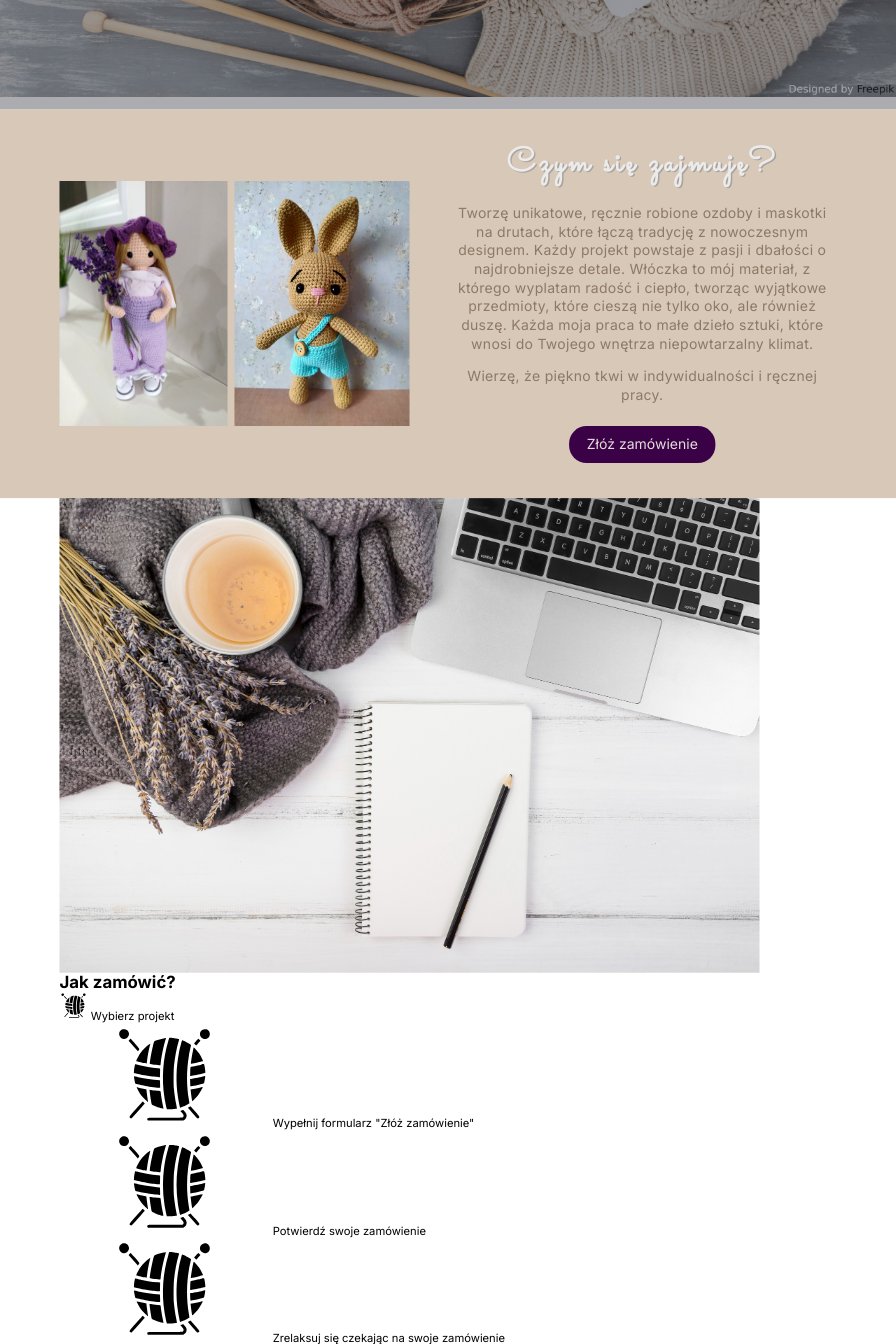
Repository: KlaudiaK0205/Craftoszet
Page: index.html
These files come from the project's save history. The page is drawn as it stood at one moment and after a run of saves; the edit follows.
The browser window is 1280 px wide. The pictures show the part of the page from y = 872 to 2792 px (the page is 2792 px tall before and 2462 px after), at 70% of full size.
Some web libraries are served in a nearby version. The style sheet was rebuilt from its Sass, Less or Tailwind sources for each picture, by a compiler version that may differ from the author's.

Above is the page before, as saved 2024-10-06 13:39:10.

### index.html
<!DOCTYPE html>
<html lang="en">
<head>
    <meta charset="UTF-8">
    <meta name="viewport" content="width=device-width, initial-scale=1.0">
    <title>Craftoszet</title>
    <!-- FAVICON -->
    <link rel="icon" href="./images/favicon.ico" type="image/x-icon">
    <link rel="icon" siezes="16x16" href="./images/favicon-16x16.png" type="image/png">
    <link rel="icon" siezes="32x32" href="./images/favicon-32x32.png" type="image/png">
    <!-- GOOGLE FONTS -->
    <link rel="preconnect" href="https://fonts.googleapis.com">
    <link rel="preconnect" href="https://fonts.gstatic.com" crossorigin>
    <link href="https://fonts.googleapis.com/css2?family=Inter:ital,opsz,wght@0,14..32,100..900;1,14..32,100..900&family=Sacramento&display=swap" rel="stylesheet">
    <!-- MODERN NORMALIZE -->
    <link rel="stylesheet" href="https://cdn.jsdelivr.net/npm/modern-normalize@3.0.1/modern-normalize.min.css">
    <!-- ANIMATE-->
    <link rel="stylesheet" href="https://cdnjs.cloudflare.com/ajax/libs/animate.css/4.1.1/animate.min.css"/>
    <!-- STYLES -->
    <link rel="stylesheet" href="./sass/main.css">
</head>
<body>
    <header>
        <div class="container">
            <div class="logo-box">
                <img class="logo-image" src="./images/logo.png" alt="a ball of wool">
            </div>
            <nav class="nav">
                <ul class="nav__list">
                    <li class="nav__list__item">
                        <a href="" class="nav__list__link">Home</a>
                    </li>
                    <li class="nav__list__item">
                        <a href="" class="nav__list__link">Czym się zajmuję?</a>
                    </li>
                    <li class="nav__list__item">
                        <a href="" class="nav__list__link">Jak zamówić?</a>
                    </li>
                    <li class="nav__list__item">
                        <a href="" class="nav__list__link">Moje projekty</a>
                    </li>
                </ul>
            </nav>

            <button class="orderBtn" type="button">Złóż zamówienie</button>
        </div>
    </header>

    <main>
        <section class="hero">
            <div class="container">
                <h1 class="hero__header">CRAFTOSZET</h1>
                <p class="hero__undertitle">Z pasji do włóczki – ręcznie tworzone z sercem</p>
                <button class="orderBtn" type="button">Złóż zamówienie</button>
            </div>
        </section>

        <section class="whatIDo">

            <div class="container">
                    <div class="whatIDo-images">
                        <img class="whatIDo-image" src="./images/projekty/fioletowa lalka.jpg" alt="fioletowa lalka z włóczki">
                        <img class="whatIDo-image" src="./images/projekty/króliczek.jpg" alt="króliczek w niebieskich spodenkach z włóczki">
                </div>
                <div class="whatIDo-description">
                    <h2 class="section-header">Czym się zajmuję?</h2>
                    <p class="section-text">Tworzę unikatowe, ręcznie robione ozdoby i maskotki na drutach, które łączą tradycję z nowoczesnym designem.
                        Każdy projekt powstaje z pasji i dbałości o najdrobniejsze detale.
                        Włóczka to mój materiał, z którego wyplatam radość i ciepło, tworząc wyjątkowe przedmioty, które cieszą nie tylko oko, ale również duszę.
                        Każda moja praca to małe dzieło sztuki, które wnosi do Twojego wnętrza niepowtarzalny klimat.
                        <p class="section-text2">Wierzę, że piękno tkwi w indywidualności i ręcznej pracy.</p>
                    <button class="orderBtn" type="button">Złóż zamówienie</button>
                </div>
            </div>
        </section>
        <section class="howOrder">
            <div class="container">
                <div>
                    <img src="./images/howOrder.jpg" alt="">
                </div>
                <div>
                    <h2>Jak zamówić?</h2>
                    <ul class="howOrder__list">
                        <li class="howOrder__item">
                            <svg class="howOrder-icon">
                                <use href="./images/sprite.svg#icon-wool-ball"></use>
                            </svg>
                            Wybierz projekt
                        </li>
                        <li class="howOrder__item">
                            <svg>
                                <use href="./images/sprite.svg#icon-wool-ball"></use>
                            </svg>
                            Wypełnij formularz "Złóż zamówienie"
                        </li>
                        <li class="howOrder__item">
                            <svg>
                                <use href="./images/sprite.svg#icon-wool-ball"></use>
                            </svg>
                            Potwierdź swoje zamówienie
                        </li>
                        <li class="howOrder__item">
                            <svg>
                                <use href="./images/sprite.svg#icon-wool-ball"></use>
                            </svg>
                            Zrelaksuj się czekając na swoje zamówienie
                        </li>
                    </ul>
                </div>
            </div>
        </section>
    </main>
    <footer></footer>
</body>
</html>

### sass/main.scss
@import './base/common';
@import './base/container';

@import './components/icons';
@import './components/logo';
@import './components/orderBtn';

@import './layout/header';
@import './layout/hero';
@import './layout/howOrder';
@import './layout/whatIDo';

@import './utils/variables';

### sass/base/_common.scss
body {
    font-family: var(--main-font);
    // font-weight: 500;
    margin: 0;
    padding: 0;
}

h1,
h2,
h3,
h4,
h5,
h6 {
    margin: 0;
    padding: 0;
}

ul,
ol,
li {
    margin: 0;
    padding: 0;
    list-style: none;
}

a {
    text-decoration: none;
}

p {
    margin: 0;
    padding: 0;
}

img {
    display: block;
    max-width: 100%;
    height: auto;
}

button {
    cursor: pointer;
}

.list {
    list-style: none;
}

.link {
    text-decoration: none;
}

### sass/base/_container.scss
.container {
    width: 100%;
    max-width: 1200px; /* Maksymalna szerokość dla dużych ekranów */
    margin: 0 auto;
    padding: 0 15px;
}

/* Urządzenia mobilne (do 576px szerokości) */
@media (max-width: 576px) {
    .container {
        max-width: 100%; /* Na małych ekranach szerokość 100% */
        padding: 0 10px;  /* Mniejszy padding na telefonach */
    }
}

/* Tablety (do 768px szerokości) */
@media (max-width: 768px) {
    .container {
        max-width: 720px; /* Dostosowanie dla tabletów */
    }
}

/* Średnie ekrany (do 992px szerokości) */
@media (max-width: 992px) {
    .container {
        max-width: 960px; /* Dostosowanie dla większych tabletów i mniejszych laptopów */
    }
}

/* Duże ekrany (od 1200px szerokości) */
@media (min-width: 1200px) {
    .container {
        max-width: 1140px; /* Ustawienia dla monitorów */
    }
}

### sass/components/_icons.scss
.howOrder-icon {
    width: 40px;
    height: 40px;
}

### sass/components/_logo.scss
.logo-image {
    width: 150px;
    height: 100px;
    animation: wobble-hor-bottom 10s infinite both;
}

//animations
@keyframes wobble-hor-bottom {
    0%,
    100% {
        transform: translateX(0%);
        transform-origin: 50% 50%;
    }
    15% {
        transform: translateX(-30px) rotate(-6deg);
    }
    30% {
        transform: translateX(15px) rotate(6deg);
    }
    45% {
        transform: translateX(-15px) rotate(-3.6deg);
    }
    60% {
        transform: translateX(9px) rotate(2.4deg);
    }
    75% {
        transform: translateX(-6px) rotate(-1.2deg);
    }
}

### sass/components/_orderBtn.scss
.orderBtn {
    font-size: 20px;
    color: var(--mainColor);
    background-color: var(--brandColor);
    border: none;
    border-radius: 25px;
    margin-left: auto;
    padding: 15px 25px;

    &:hover,
    :focus {
        animation: scale-up-center 0.5s cubic-bezier(0.390, 0.575, 0.565, 1.000) both;
    }
}

//animations
@keyframes scale-up-center {
    0% {
        transform: scale(1);
    }
    100% {
        transform: scale(1.2);
    }
}

### sass/layout/_header.scss
header {
    background-color: var(--bgColor);
    padding: 20px 0;
}

header .container {
    display: flex;
    align-items: center;
}

.logo-box {
    margin-right: 70px;
}

.nav__list {
    display: flex;
}

.nav__list__item {
    font-size: 20px;

    &:not(:last-child) {
        margin-right: 1.5vw;
    }
}

.nav__list__link {
    color: var(--textColor);
    transition: cubic-bezier(0.4, 0, 0.2, 1) 500ms;

    &:hover,
    :focus {
        color: var(--brandColor);
    }
}

header .orderBtn {
    margin-left: auto;
}

### sass/layout/_hero.scss
.hero {
    background-image: linear-gradient(
        rgba(47, 48, 58, 0.4),
        rgba(47, 48, 58, 0.4)),
        url(/images/bg.jpg);
    background-repeat: no-repeat;
    background-size: contain;
    background-position: center;
    min-height: 80vh;
    text-align: center;
    padding: 300px 0 250px;
}

.hero__header {
    font-size: 70px;
    font-weight: 800;
    padding-bottom: 40px;
    color: var(--textColor);
    letter-spacing: 0.2em;

}

.hero__undertitle {
    font-family: var(--decorative-font);
    font-size: 56px;
    font-weight: 500;
    color: var(--textColor);
    letter-spacing: 0.1em;
    padding-bottom: 100px;
    text-shadow: 2px 2px var(--textShadow);
}

.hero .orderBtn {
    display: flex;
    margin-left: auto;
    margin-right: auto;
}

### sass/layout/_howOrder.scss
.howOrder {
}

.howOrder .container {

}

.howOrder__list {
}

.howOrder__item {
}

.howOrder-icon {

}

### sass/layout/_whatIDo.scss
.whatIDo {
    background-color: var(--bgColor);
    padding: 50px 0;
}

.whatIDo .container {
    display: grid;
    grid-template-columns: 1fr 1fr;
    grid-template-rows: 2fr;
    grid-template-areas:
    "images whatIDo"
    ". whatIDo";
}
.whatIDo-images {
    display: flex;
    grid-area: images;
    align-items: center;
}

.whatIDo-image {
    width: 250px;
    height: 350px;

    &:not(:last-child) {
        padding-right: 10px;
    }
}

.whatIDo-description {
    grid-area: whatIDo;
    font-size: 20px;
    text-align: center;
}

.section-header {
    font-family: var(--decorative-font);
    font-size: 48px;
    letter-spacing: 0.1em;
    text-shadow: 2px 2px var(--textShadow);
    color: var(--textColor);
    padding-bottom: 30px;
}

.section-text,
.section-text2 {
    letter-spacing: .02em;
    color: var(--sectionTextColor);
    line-height: 1.333;
}

.section-text2 {
    padding-top: 20px;
}

.whatIDo .orderBtn {
    display: flex;
    margin-left: auto;
    margin-right: auto;
    margin-top: 30px;
}

### sass/utils/_variables.scss
:root {
    --main-font: 'Inter' , sans-serif;
    --decorative-font: 'Sacramento', sans-serif;
    --textColor: #ECEBEB;
    --mainColor: #E2DDD9;
    --textShadow: #A8a39d;
    --sectionTextColor: #8D7966;
    --brandColor: #3B0146;
    --bgColor: #D8C8B8;
}

// #A8a39d
//#f8f1e9

After the next 3 saves:
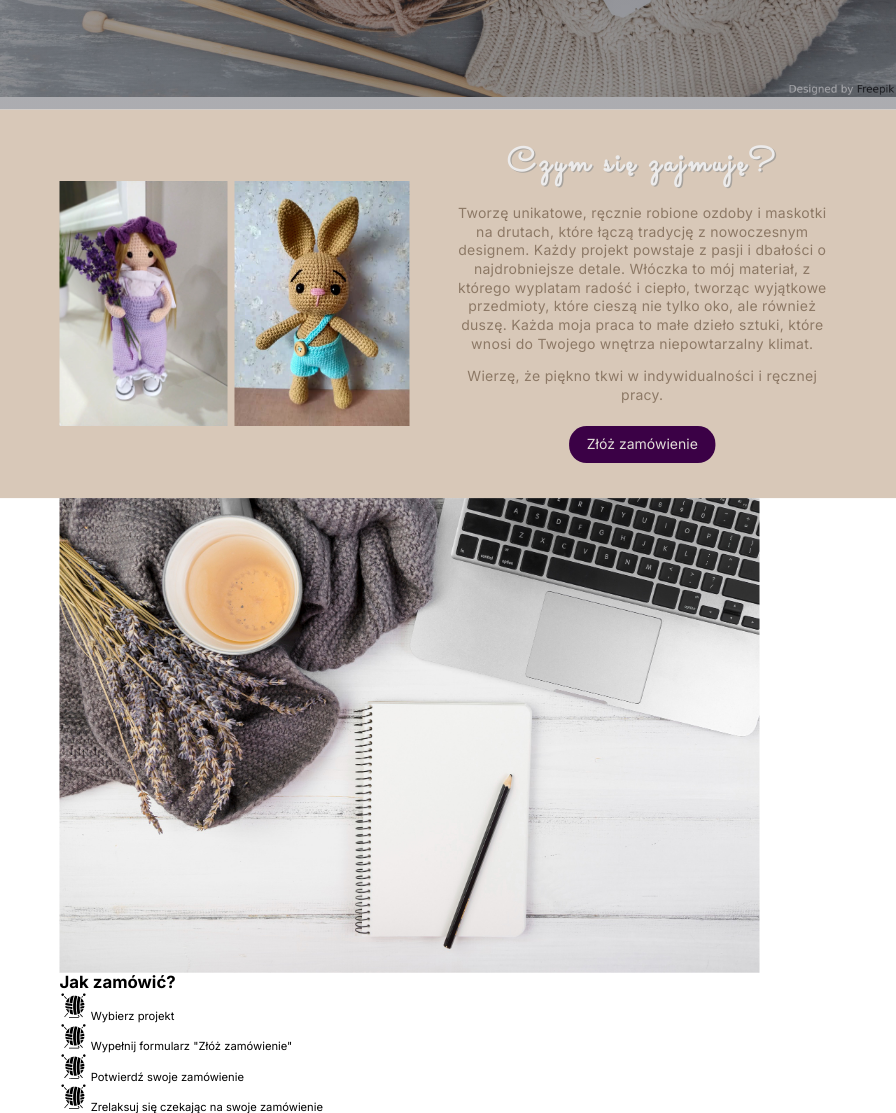
The 3 saves are shown as one change because they came seconds apart.
The last was saved 22 s later.
--- a/index.html
+++ b/index.html
@@ -88,19 +88,19 @@
                             Wybierz projekt
                         </li>
                         <li class="howOrder__item">
-                            <svg>
+                            <svg class="howOrder-icon">
                                 <use href="./images/sprite.svg#icon-wool-ball"></use>
                             </svg>
                             Wypełnij formularz "Złóż zamówienie"
                         </li>
                         <li class="howOrder__item">
-                            <svg>
+                            <svg class="howOrder-icon">
                                 <use href="./images/sprite.svg#icon-wool-ball"></use>
                             </svg>
                             Potwierdź swoje zamówienie
                         </li>
                         <li class="howOrder__item">
-                            <svg>
+                            <svg class="howOrder-icon">
                                 <use href="./images/sprite.svg#icon-wool-ball"></use>
                             </svg>
                             Zrelaksuj się czekając na swoje zamówienie
